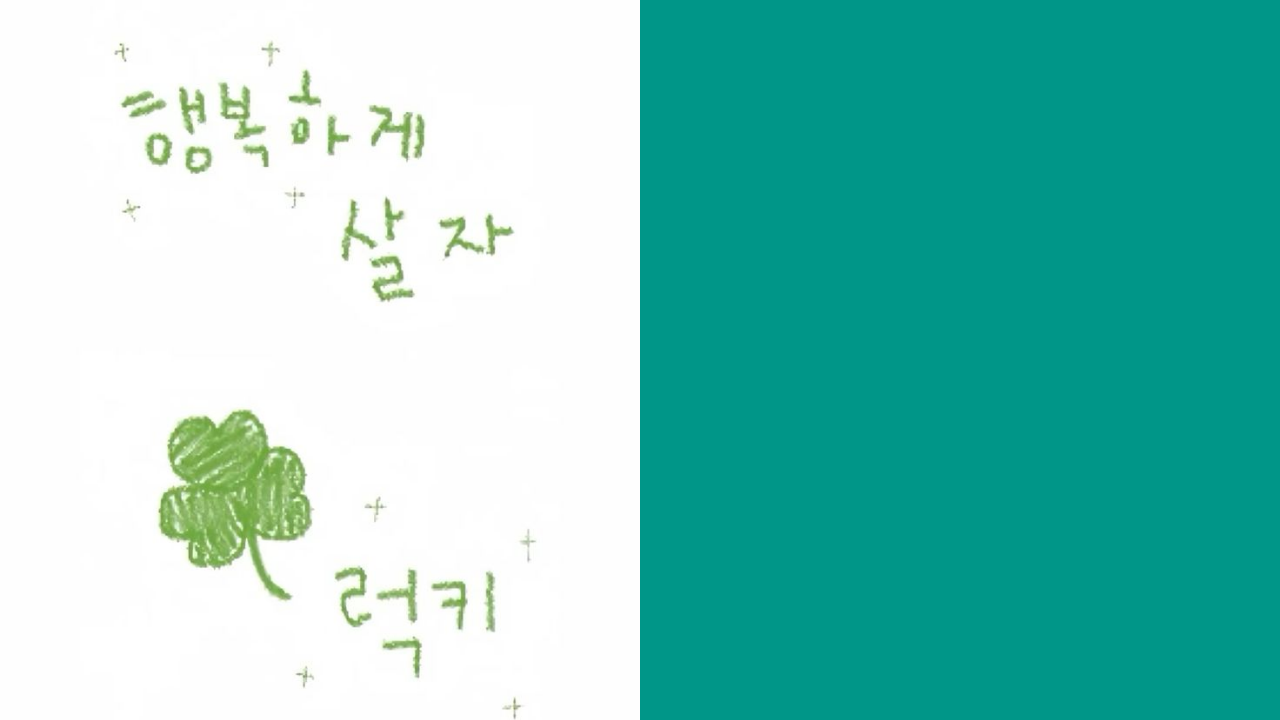
Repository: rwanda95do/bitcamp
Page: FrontProject/src/main/webapp/html/login.html
The author's editor kept a copy of each file at every save. The page is drawn from the files as they stood at one save, then again after the next save.
The browser window is 1280 px wide. The pictures show the whole page.

Above is the page before, as saved 2024-08-30 07:16:49.

After the next save:
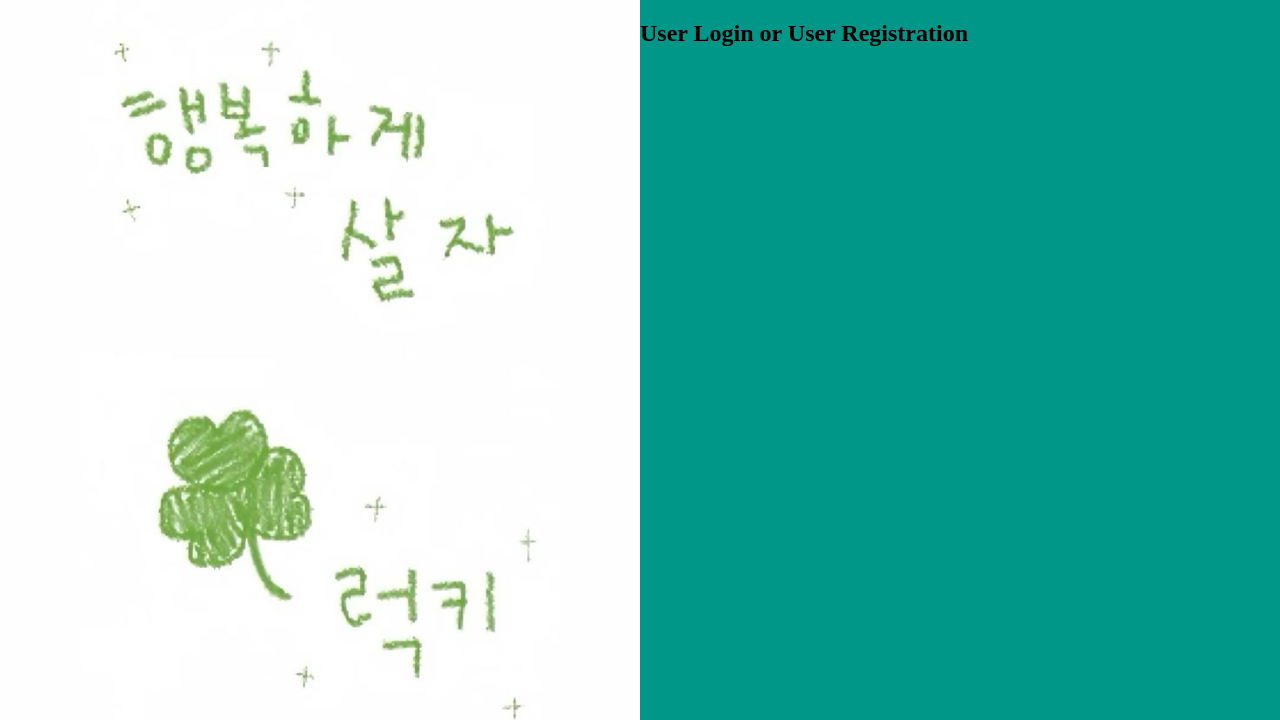
Saved 99 s later.
--- a/FrontProject/src/main/webapp/html/login.html
+++ b/FrontProject/src/main/webapp/html/login.html
@@ -43,6 +43,13 @@
 
 	<!--  -->
 	<div class="right user-form">
+		<div>
+			<h2 id="select-form">
+						<span class="selected-login" data-user-form="user-login">User
+							Login</span> or <span data-user-form="user-regist">User
+							Registration</span>
+					</h2>
+		</div>
 		<div class="user-login user-form"></div>
 		<div class="user-regist user-form"></div>
 	</div>
